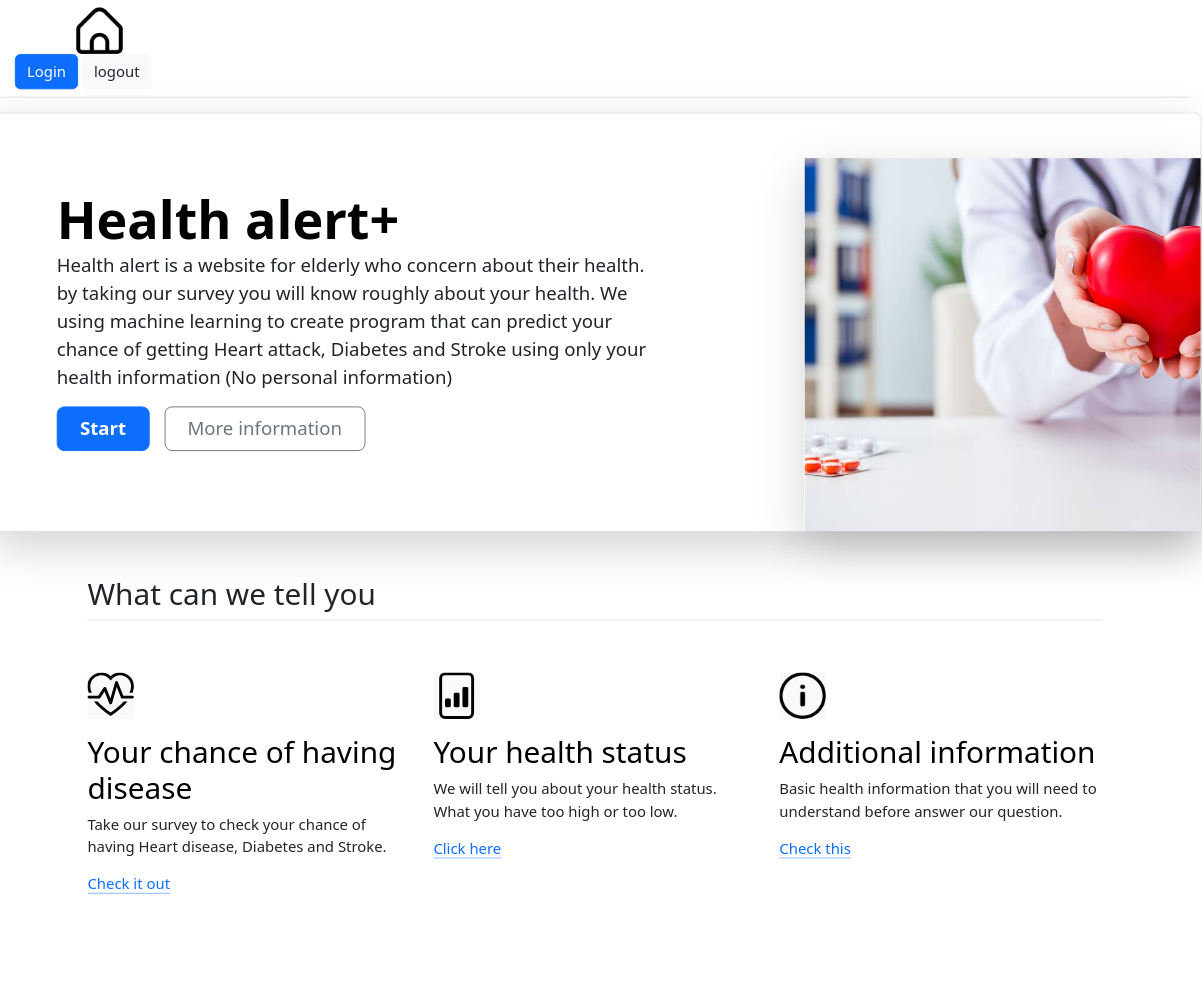
Repository: aneforollll/webapp
Page: http://localhost/index.php
These files come from the project's save history. The page is drawn as it stood at one moment and after the next save; the edit follows.
The browser window is 1280 px wide. The page is 1292 px wide, so the pictures cover 1292 px, including what lies to the right of the window. The pictures show the whole page, at 93% of full size.
The page is run by PHP 8.4 with error messages shown; the project is at /var/www/html/.

Above is the page before, as saved 2024-01-15 10:48:20.

After the next save:
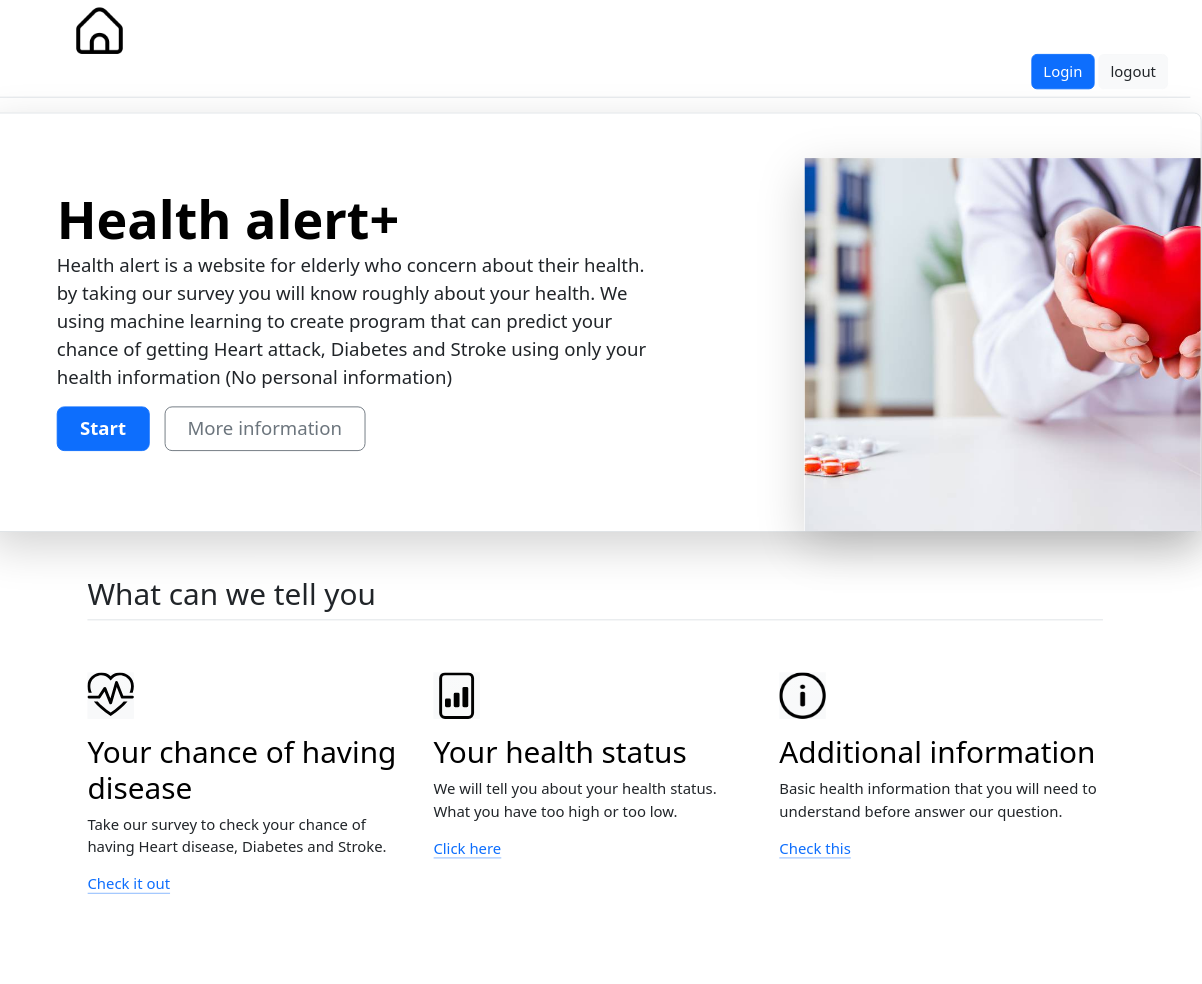
Saved 16 s later.
--- a/index.php
+++ b/index.php
@@ -14,7 +14,7 @@
           <img src="images/home.png" width="50px">
         </div>
       </div>
-        <div class="align-self-end">
+        <div class="text-end">
           <button type="button" class="btn btn-primary">Login</button>
           <button type="button" class="btn btn-light text-dark me-2">logout</button>
         </div>
